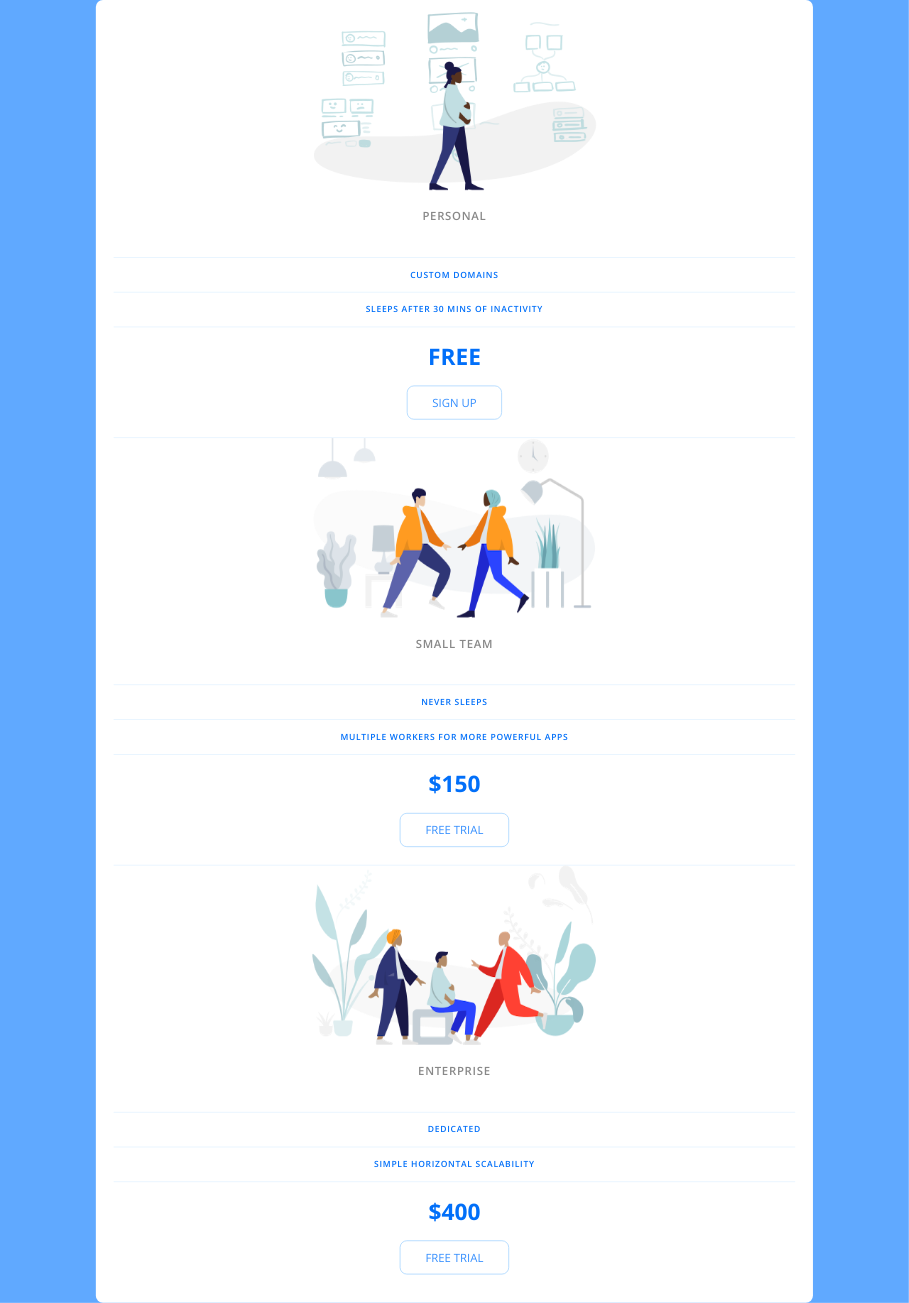
Repository: patrik-fredlund/pricing_panel_udemy
Page: PriceTableStarter/index.html
The author's editor kept a copy of each file at every save. The page is drawn from the files as they stood at one save, then again after the next save.
The browser window is 1280 px wide. The pictures show the whole page, at 71% of full size.

Above is the page before, as saved 2021-06-27 13:54:23.

After the next save:
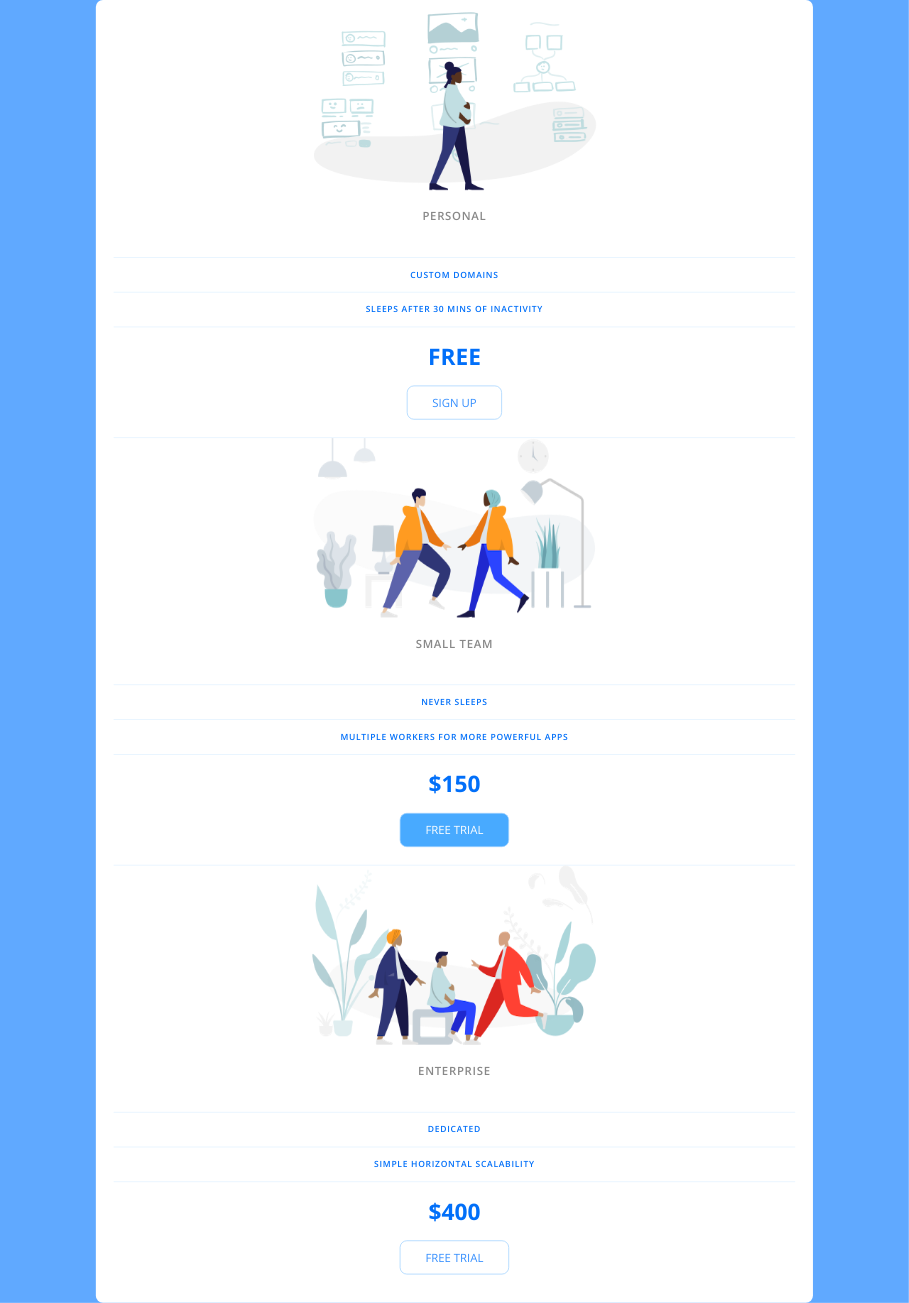
Saved 95 s later.
--- a/PriceTableStarter/app.css
+++ b/PriceTableStarter/app.css
@@ -138,3 +138,8 @@ body {
 .pricing-button:hover, pricing-button:focus {
 background-color: #e1f1ff;
 }
+
+.pricing-button.is-featured {
+    background-color: #48aaff;
+    color: white ;
+}
